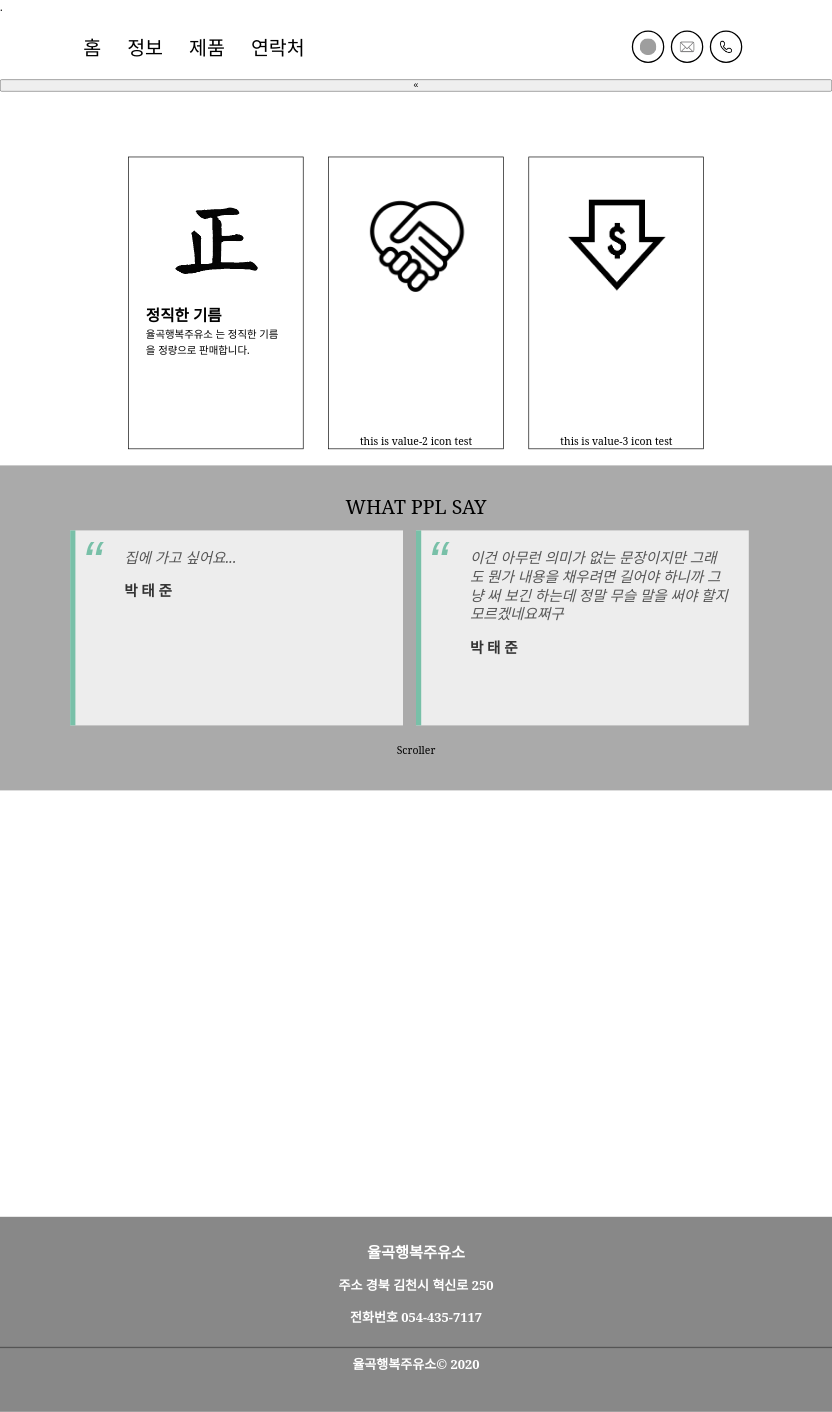
Repository: randomUser134923/pet-projects
Page: pet-projects/web1/index.html
The author's editor kept a record of every edit. The page is drawn from the files as they stood at one moment, then again after the next edit.
The browser window is 1280 px wide. The pictures show the whole page, at 65% of full size.
Pictures or frames that could not be fetched are drawn as grey boxes.

Above is the page before.

### pet-projects/web1/index.html
<!DOCTYPE html>
<html>
    <head>
        <meta charset="utf-8"/>
        <link rel="stylesheet" href="./css/style.css" type="text/css" />
        <link rel="stylesheet" href="./css/banner.css" type="text/css" />
          <link rel="stylesheet" href="https://cdnjs.cloudflare.com/ajax/libs/animate.css/4.1.1/animate.min.css" />
        <script type="text/javascript" src="./js/jquery-3.5.1.js"></script>
        <script src="https://cdnjs.cloudflare.com/ajax/libs/modernizr/2.8.3/modernizr.min.js"></script>.
        <script type="text/javascript" src="./js/banner.js"></script>


    </head>

    <body>
        <header>
            <div class="menu-wrapper">
                <ul class="menu-bar">
                    <li class="home_cont"><a href="#" class="home">홈</a></li>
                    <li class="about_cont"><a href="#" class="about">정보</a></li>
                    <li class="offer_cont"><a href="#" class="offer">제품</a></li>
                    <li class="contract_cont"><a href="#" class="contact">연락처</a></li>
                </ul>

                <ul class="icon-bar">
                    <li><img class="map-icon" src="./images/map.png" /></li>
                    <li><img class="mail-icon" src="./images/mail.png" /></li>
                    <li><img class="call-icon" src="./images/call.png" /></li>
                </ul>

            </div>

        </header>

        <div class="content-wrapper">
            <button onclick="prev()">&laquo;</button>
            <div class="scroller">
                <ul class="items">
                    <li class="item" style="background-image:url(./images/gas-station-1.jpg);"></li>
                    <li class="item" style="background-image:url(./images/img2.jpg);"></li>
                    <li class="item" style="background-image:url(./images/img3.jpg);"></li>
                </ul>
            </div>

            <div class="values">
                <div class="value1">
                    <div class ="value1-icon">
                        <img class= "value-icon-common" src="./images/honest.png"/>
                    </div>
                    <div class="value1-text-container">
                        <h2> 정직한 기름</h2>
                        <div class="value1-text-container-explain">
                            <p> <span class="gas-station-name">율곡행복주유소</span> 는 정직한 기름을 정량으로 판매합니다.</p>
                        </div>
                    </div>
                </div>

                <div class="value2">
                    <div class ="value2-icon">
                        <img class= "value-icon-common" src="./images/kind.png"/>
                    </div>
                    <p>
                        this is value-2 icon test
                    </p>
                </div>

                <div class="value3">
                    <div class ="value3-icon">
                        <img class= "value-icon-common" src="./images/cheap.png"/>
                    </div>
                    <p>
                        this is value-3 icon test
                    </p>
                </div>
            </div>

            <div class="reviews">
                <div class="review-text">
                    WHAT PPL SAY
                </div>

                <div class="review-box-wrapper">
                    <div class="review-box-1">
                        <blockquote>
                            집에 가고 싶어요...
                          <span>박 태 준</span>
                        </blockquote>
                    </div>

                    <div class="review-box-1">
                        <blockquote>
                            이건 아무런 의미가 없는 문장이지만 그래도 뭔가 내용을 채우려면 길어야 하니까 그냥 써 보긴 하는데 정말 무슬 말을 써야 할지 모르겠네요쩌구
                          <span>박 태 준</span>
                        </blockquote>
                    </div>
                </div>

                <div class="scroller">
                    Scroller
                </div>
            </div>

        </div>

        <footer>
            <div class="footer_explain">
                <h3> 율곡행복주유소 </h3>
                <p>
                    <span class="address">주소</span> 경북 김천시 혁신로 250<br>
                    <span class="phone">전화번호</span> 054-435-7117 <br>
                </p>
            </div>

            <div class="copyright">
                <span>율곡행복주유소</span><spanw>&copy</spanw> 2020
            </div>
        </footer>
    </body>
</html>

### pet-projects/web1/css/style.css
/* https://freefrontend.com/css-sliders/ */


* {
    padding: 0;
    margin:0;
    box-sizing: border-box;
}

@font-face { font-family: 'NanumBarunGothic';
src: url('/fonts/NanumBarunGothic.eot');
src: url('/fonts/NanumBarunGothic.eot') format('embedded-opentype'),
url('/fonts/NanumBarunGothic.woff') format('woff');}



header {
    display: flex;
    align-items: center;
    justify-content: center;
    height: 100px;
    width: 100%;
    background-color: #FFFFFF;
}

body {
    font-family: 'NanumGothic', 'serif';

}

ul {
    list-style-type: none;
    text-decoration: none;
}


a {
    text-decoration: none;
}

.menu-wrapper {
    display: flex;
    flex-direction: row;
    width: 80%;
    justify-content: space-between;
    align-items: center;
}

.menu-bar {
    display: flex;
    flex-direction: row;
    align-items: center;
}

.icon-bar {
    display: flex;
    flex-direction: row;
    align-items: center;
}

.map-icon , .call-icon , .mail-icon {
    display: flex;
    justify-content: center;
    align-items: center;
    width: 50px;
    height: 50px;
    padding: 10px;
    mix-blend-mode: multiply;
    border: 2px solid black;
    border-radius: 50px;
    margin-right: 10px;
}

.menu-bar li a {
    color: black;
}

.menu-bar li a:hover {
    color: blue;
}


.home , .about, .offer, .contact {
    display: flex;
    justify-content: center;
    align-items: center;
    font-size: 30px;
    margin-right: 40px;
}



.contact {
    margin-right: 0px;
}

.content-wrapper {
    position: relative;
    display: flex;
    flex-direction: column;
    height: 1750px;

}

/*                           Sliding banner                           */
.scroller {
    position: relative;
    display: flex;
    overflow:hidden;
    flex-wrap: nowrap;
    width: 100%;
    height: 750px;
}



/* ------------------------------------------------------------------- */

.values {
    display: flex;
    justify-content: center;
    align-items: center;
    height: 500px;
}


.value1 , .value2 , .value3 {
    position: relative;
    display:flex;
    justify-content: center;
    align-items: flex-end;
    border: 1px solid black;
    width: 270px;
    height: 90%;
    margin-right: 3%;
}

.value1-text-container {
    display:flex;;
    flex-direction: column;

    width: 80%;
    height: 50%;
}

.value1-text-container-header {
    display:flex;
    text-align: center;

}

.value1-text-container-explain {
    display:flex;
}


.value3 {
    margin-right:0px;
}

.value1-icon , .value2-icon , .value3-icon {
    position: absolute;
    left: 50px;
    top: 50px;
    display: flex;
    justify-content: center;
    align-items: center;

    width: 170px;
    height: 170px;
}

.value-icon-common {
    width: 150px;
    height: 150px;
    mix-blend-mode: multiply;
}

.reviews {
    display: flex;
    justify-content: center;
    align-items: center;
    flex-direction: column;
    height: 500px;
    background-color: #AAAAAA;
}

.review-text {
    display: flex;
    justify-content: center;
    align-items: center;
    height: 75px;
    font-size: 30px;

}

.review-box-wrapper {
    display: flex;
    justify-content: center;
    align-items: center;
    flex-direction: row;
    width: 100%;
    height: 300px;

}

.review-box-1 {
    margin-right: 20px;
}

.review-box-1 , .review-box-2 {
    display: flex;
    justify-content: center;
    align-items: center;
    width: 40%;
    height: 100%;
}

blockquote{
  font-size: 1.4em;
  width:100%;
  height: 100%;
  margin:50px auto;
  font-style:italic;
  color: #555555;
  padding:1.2em 30px 1.2em 75px;
  border-left:8px solid #78C0A8 ;
  line-height:1.3;
  position: relative;
  background:#EDEDED;
}

blockquote::before{
  font-family:Arial;
  content: "\201C";
  color:#78C0A8;
  font-size:4em;
  position: absolute;
  left: 10px;
  top:-10px;
}

blockquote::after{
  content: '';
}

blockquote span{
  display:block;
  color:#333333;
  font-style: normal;
  font-weight: bold;
  margin-top:1em;
}


.scroller {
    display: flex;
    justify-content: center;
    align-items: center;
    height: 75px;
}
footer {
    height: 300px;
    font-size: 20px;
    text-align: center;
    color: white;
    background-color: #888888;
    font-weight: bold;
    line-height: 50px;
    vertical-align: middle;
}

.footer_explain {
    padding-top: 30px;
    height: 200px;
}

.copyright {
    height: 100px;
    border-top: 2px solid #555555;

}

### pet-projects/web1/css/banner.css

i {
    margin: 0;
	padding: 0;
	border: 0;
	font-size: 100%;
	font: inherit;
	vertical-align: baseline;
}


#slides{
  position: relative;
  width: 100%;
  padding: 0;
  margin: 0;
}

.slide{
  height:100%;
  position: relative;
  left: 0;
  top: 0;
  width: 100%;
  opacity: 0;
  transition: opacity 1s;
  background-size: cover;
}

.showing{
  opacity: 1;
  z-index: 2;
}

.slide1{
  background-image: url("../images/img1.jpg")
}

.slide2{
  background-image: url(("../images/img2.jpg)
}

.slide3{
  background-image: url(("../images/img3.jpg")
}



.arrow{
  color: #fff;
  z-index: 3;
  position: absolute;
  top: 80%;
  transition: color 1s;
    font-size: 30px;
}

.arrow:hover{
  cursor: pointer;
  color: #444;

}

.arrow-next{
  left: 20%;
}

.arrow-prev{
  right: 20%;
}



@media(min-width: 750px){

    .arrow-next{
      left: 40%;
    }

    .arrow-prev{
      right: 40%;
    }

}

Loaded but not shown: pet-projects/web1/js/jquery-3.5.1.js (library); pet-projects/web1/js/banner.js (no stored copy; drawn as an empty file)

After the next edit:
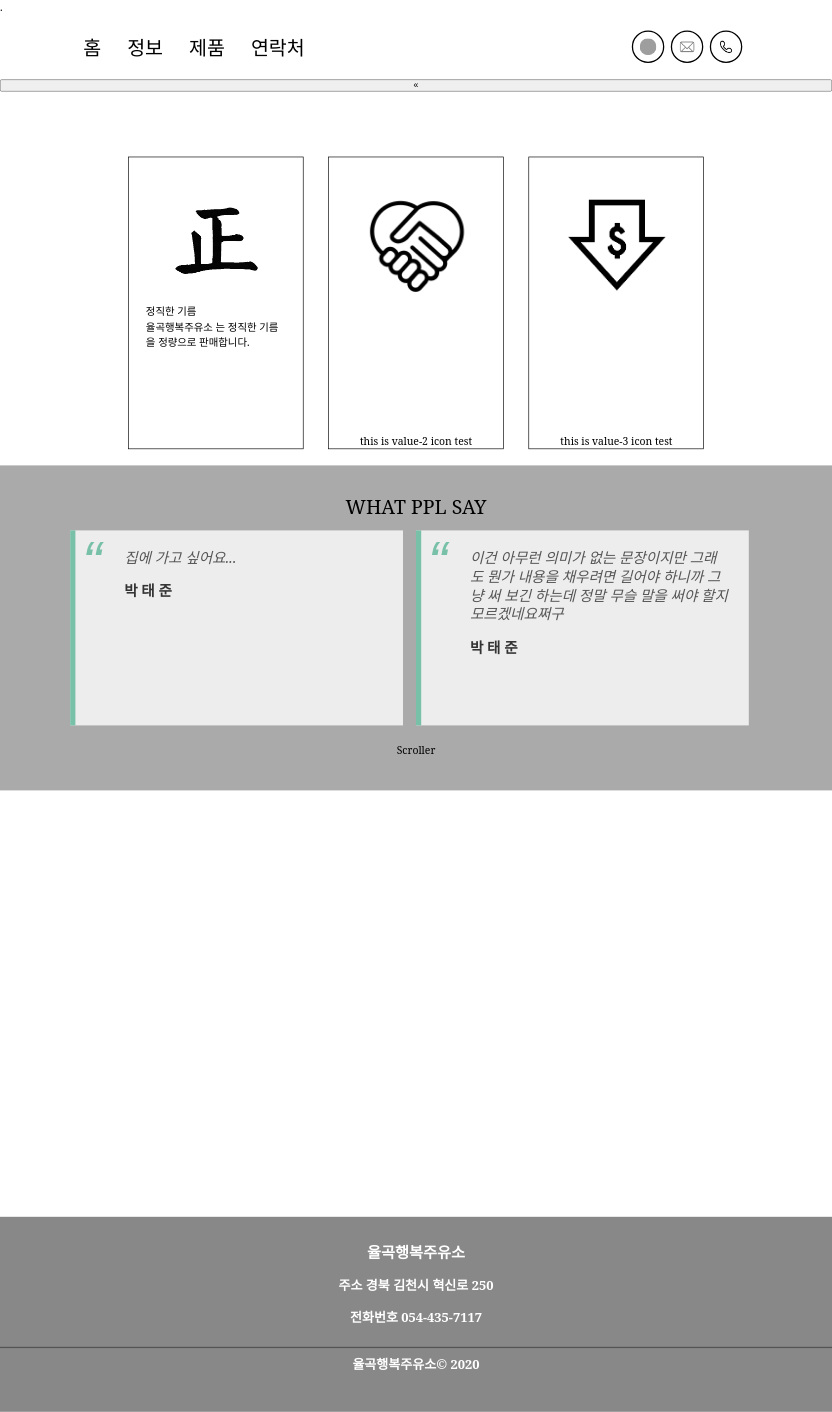
The edit:
--- a/pet-projects/web1/index.html
+++ b/pet-projects/web1/index.html
@@ -48,7 +48,9 @@
                         <img class= "value-icon-common" src="./images/honest.png"/>
                     </div>
                     <div class="value1-text-container">
-                        <h2> 정직한 기름</h2>
+                        <div class="value1-text-container-header">
+                            정직한 기름
+                        </div>
                         <div class="value1-text-container-explain">
                             <p> <span class="gas-station-name">율곡행복주유소</span> 는 정직한 기름을 정량으로 판매합니다.</p>
                         </div>
